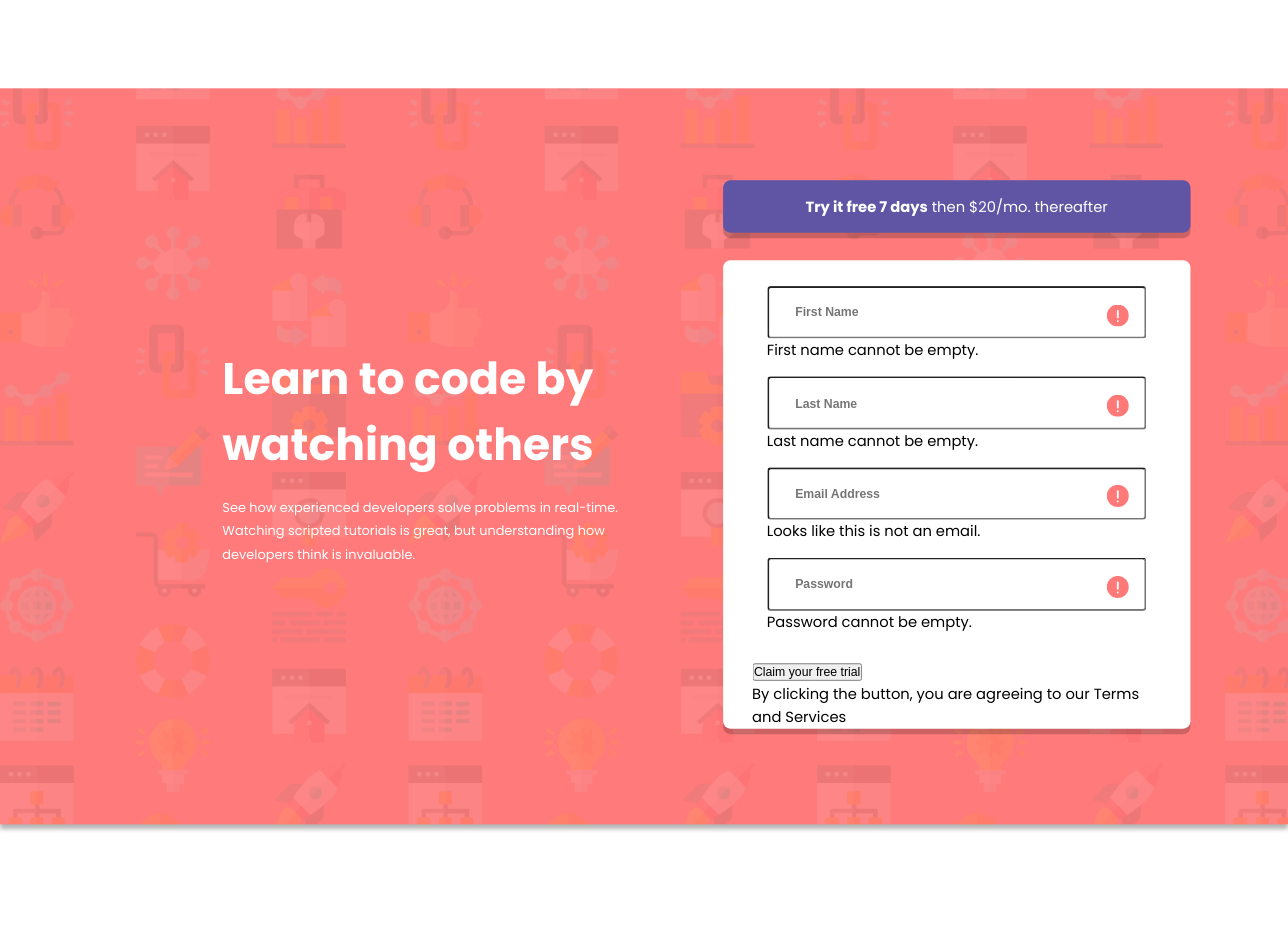
Repository: cipdanila/intro-component-with-sign-up-form
Page: v1/index.html
These files come from the project's save history. The page is drawn as it stood at one moment and after the next save; the edit follows.
The browser window is 1280 px wide. The page is 1400 px wide, so the pictures cover 1400 px, including what lies to the right of the window. The pictures show the whole page, at 92% of full size.

Above is the page before, as saved 2024-02-19 17:49:04.

After the next save:
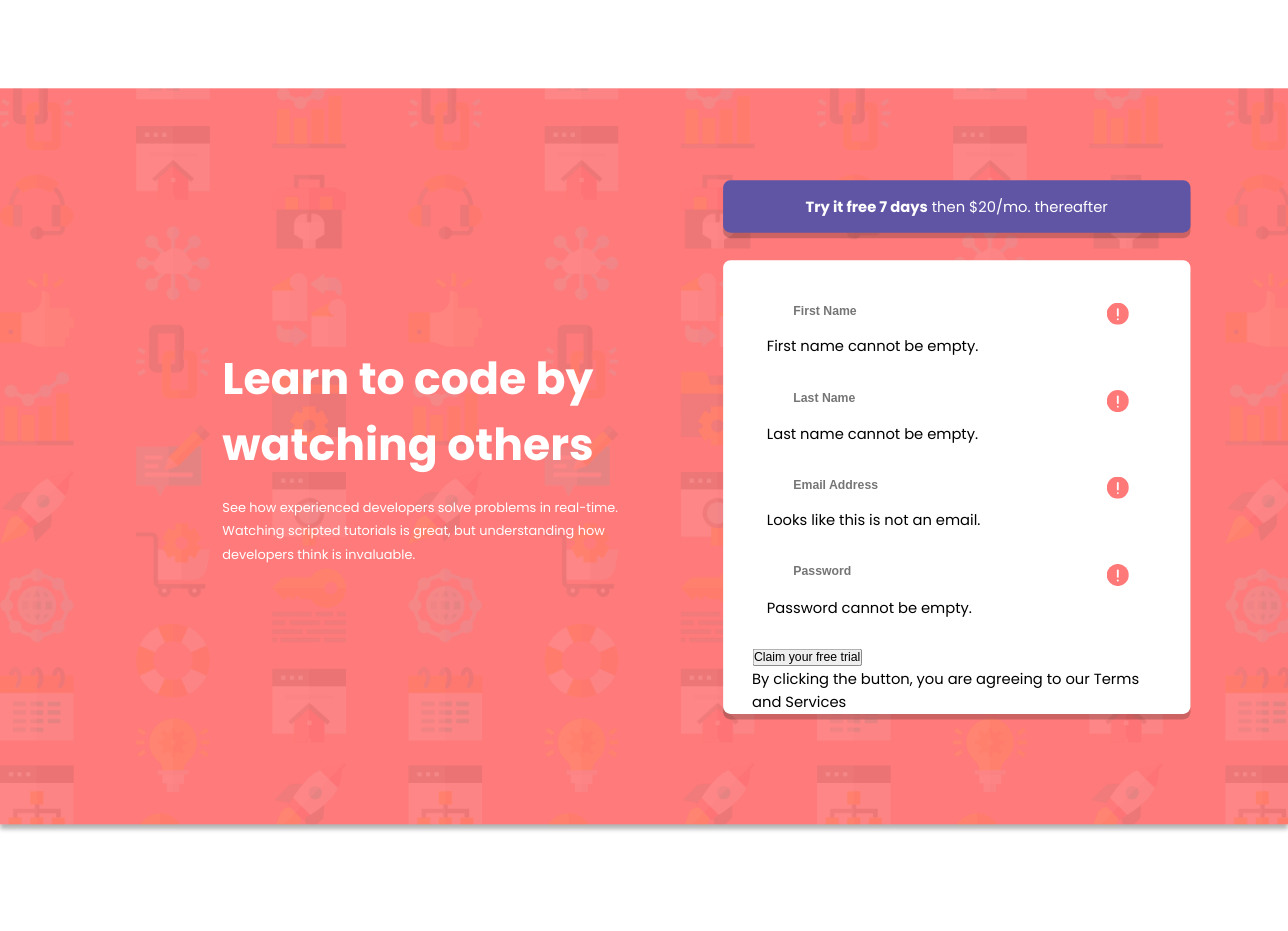
Saved 16 s later.
--- a/v1/css/style.css
+++ b/v1/css/style.css
@@ -127,7 +127,7 @@
             padding: 1.2rem 1.8rem;
             outline: none;
             border-radius: 4px;
-            border: 1pc solid lighten(lightgray, 10%);
+            border: 1pc solid lighten(var(--grayish-blue), 10%);
             font-weight: 700;
             color: var(--dark-blue);
         }
